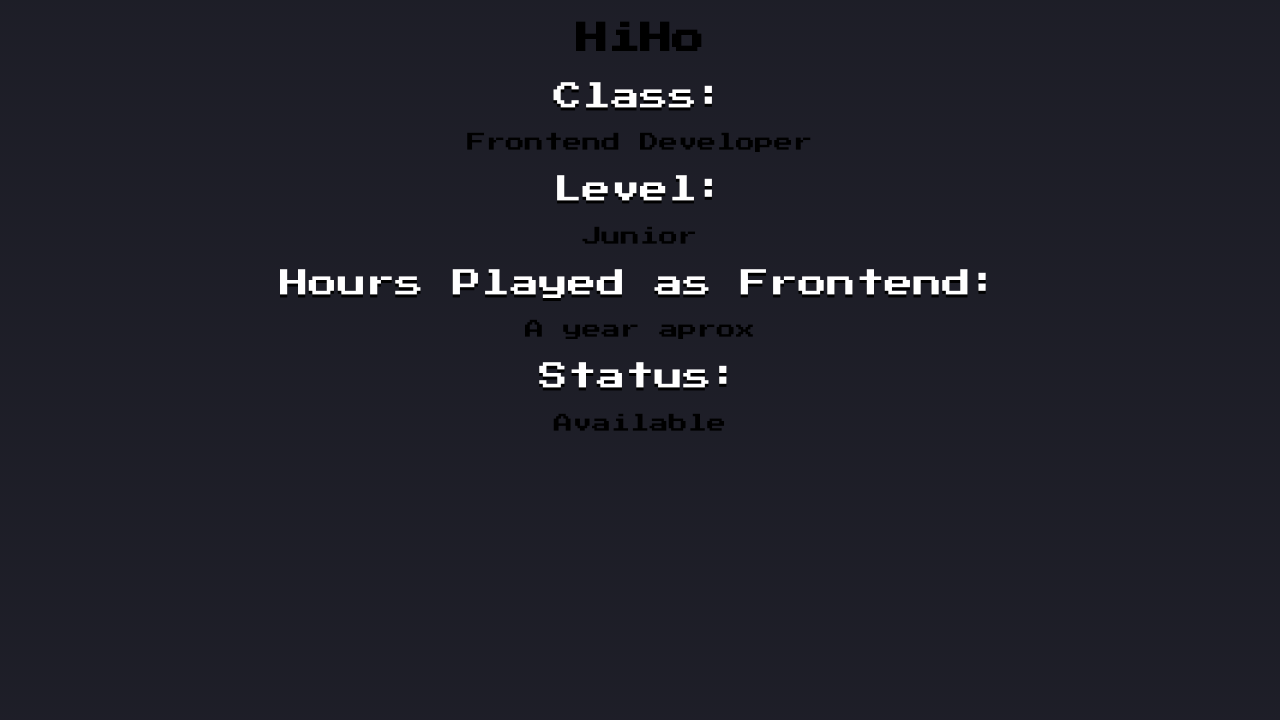
Repository: sernalab/soon
Page: index.html
The author's editor kept a copy of each file at every save. The page is drawn from the files as they stood at one save, then again after the next save.
The browser window is 1280 px wide. The pictures show the whole page.
Some web fonts or font styles are not loaded; a fallback is used.

Above is the page before, as saved 2018-12-24 01:45:41.

After the next save:
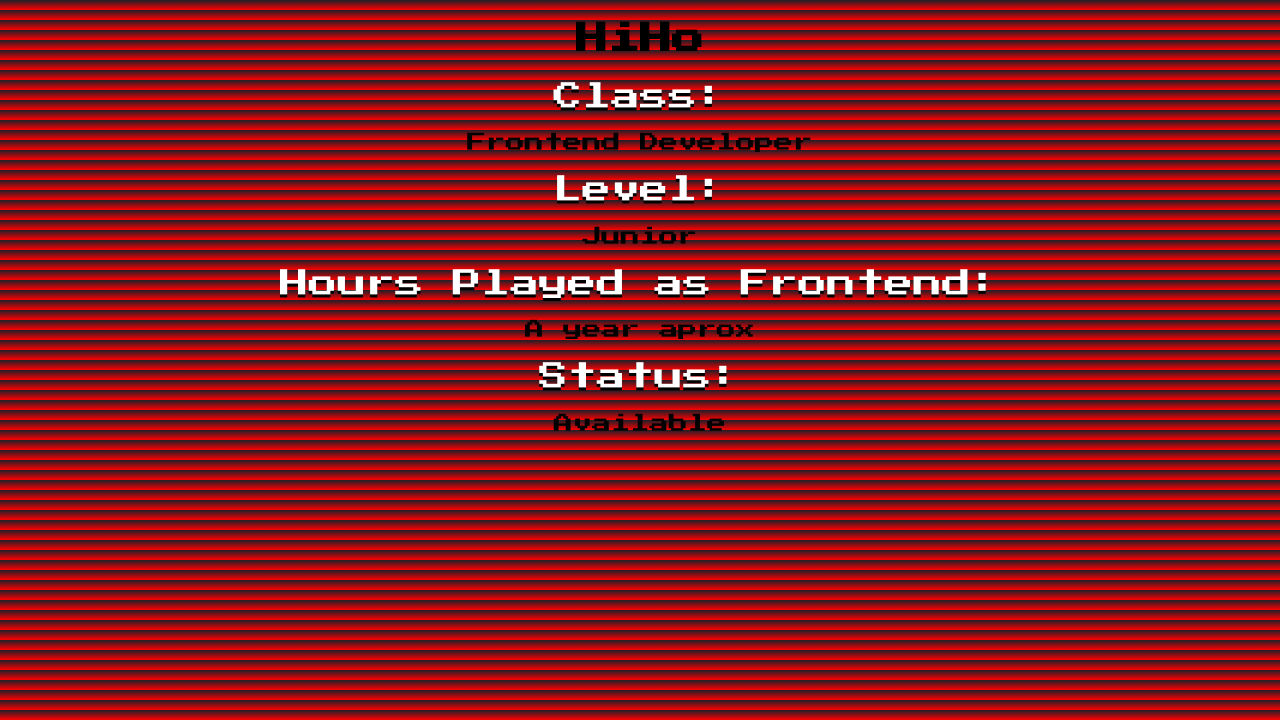
Saved 11 s later.
--- a/css/styles.css
+++ b/css/styles.css
@@ -422,7 +422,7 @@
 /* custom css */
 
 body {
-    background-image: linear-gradient(#1d1e27, #1e1e28);
+    background-image: linear-gradient(#1d1e27, red);
     font-family: 'Press Start 2P';
     background-repeat: repeat;
     background-size: 20px 10px;

After the save that followed:
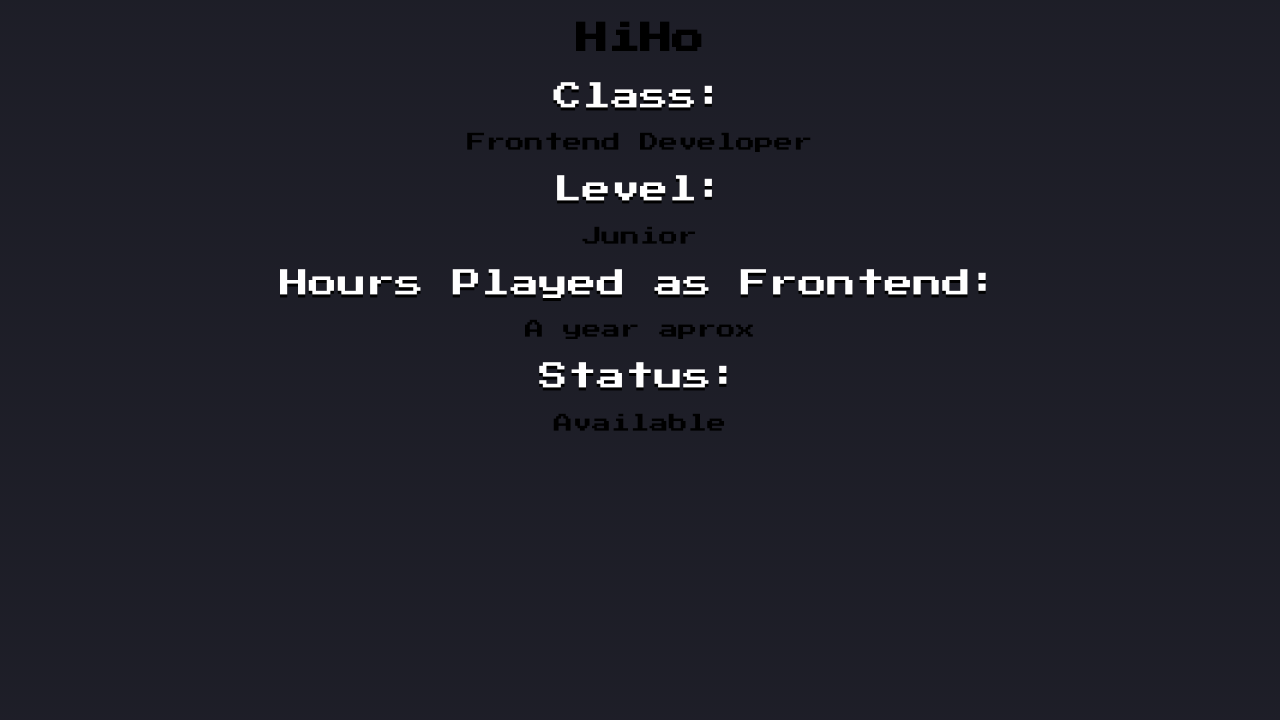
Saved 9 s later.
--- a/css/styles.css
+++ b/css/styles.css
@@ -422,7 +422,7 @@
 /* custom css */
 
 body {
-    background-image: linear-gradient(#1d1e27, red);
+    background-image: linear-gradient(#1d1e27, #1e1e28);
     font-family: 'Press Start 2P';
     background-repeat: repeat;
     background-size: 20px 10px;
